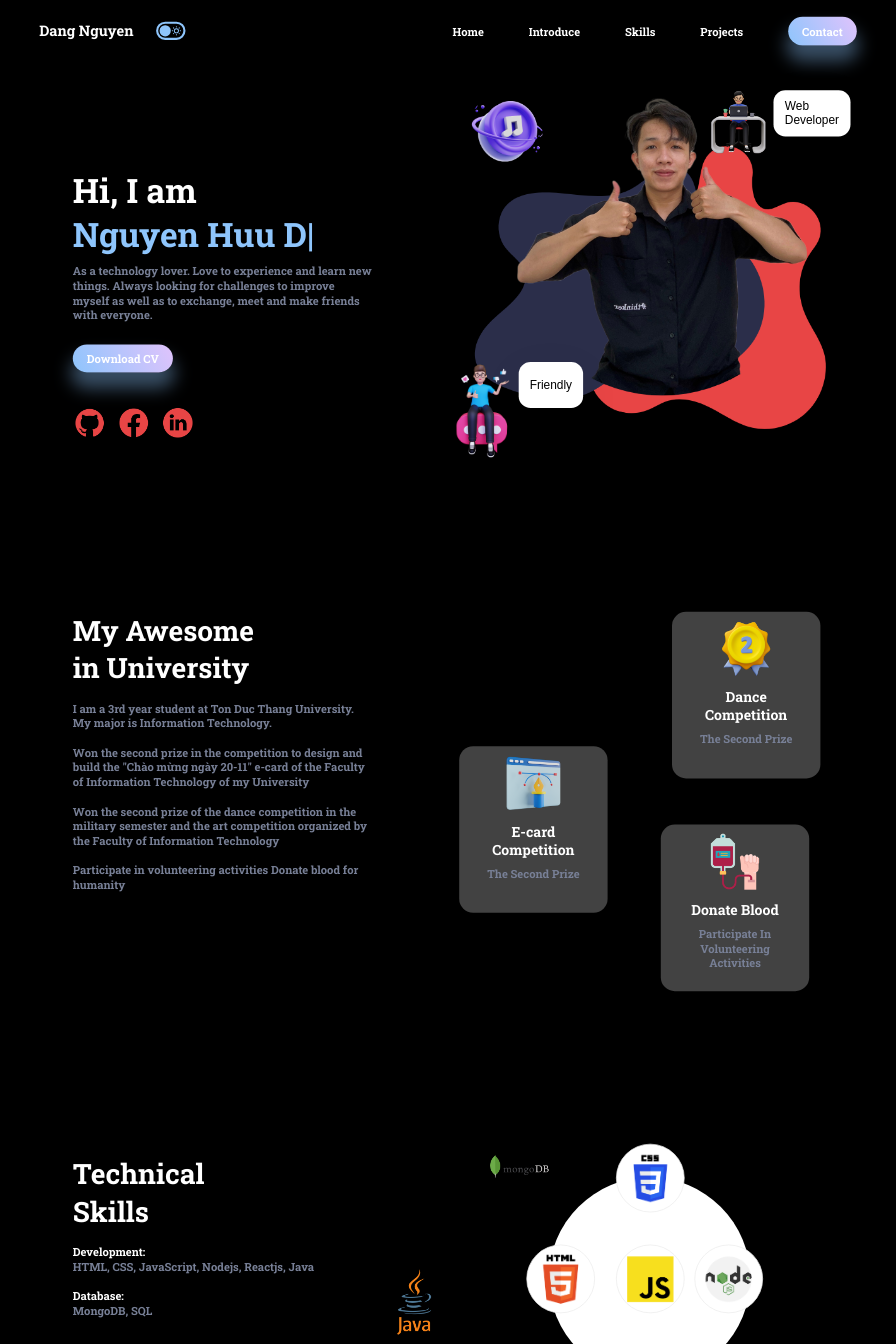
Repository: huudang2840/my_portfolio
Page: /
The author's editor kept a copy of each file at every save. The page is drawn from the files as they stood at one save, then again after the next save.
The browser window is 1280 px wide. The pictures show the part of the page from y = 0 to 1920 px (the page is 4778 px tall), at 70% of full size.
The project was rebuilt for these pictures with package versions that can differ from the ones it lists, and the page was loaded fresh each time.

Above is the page before, as saved 2022-06-12 00:16:49.

After the next save:
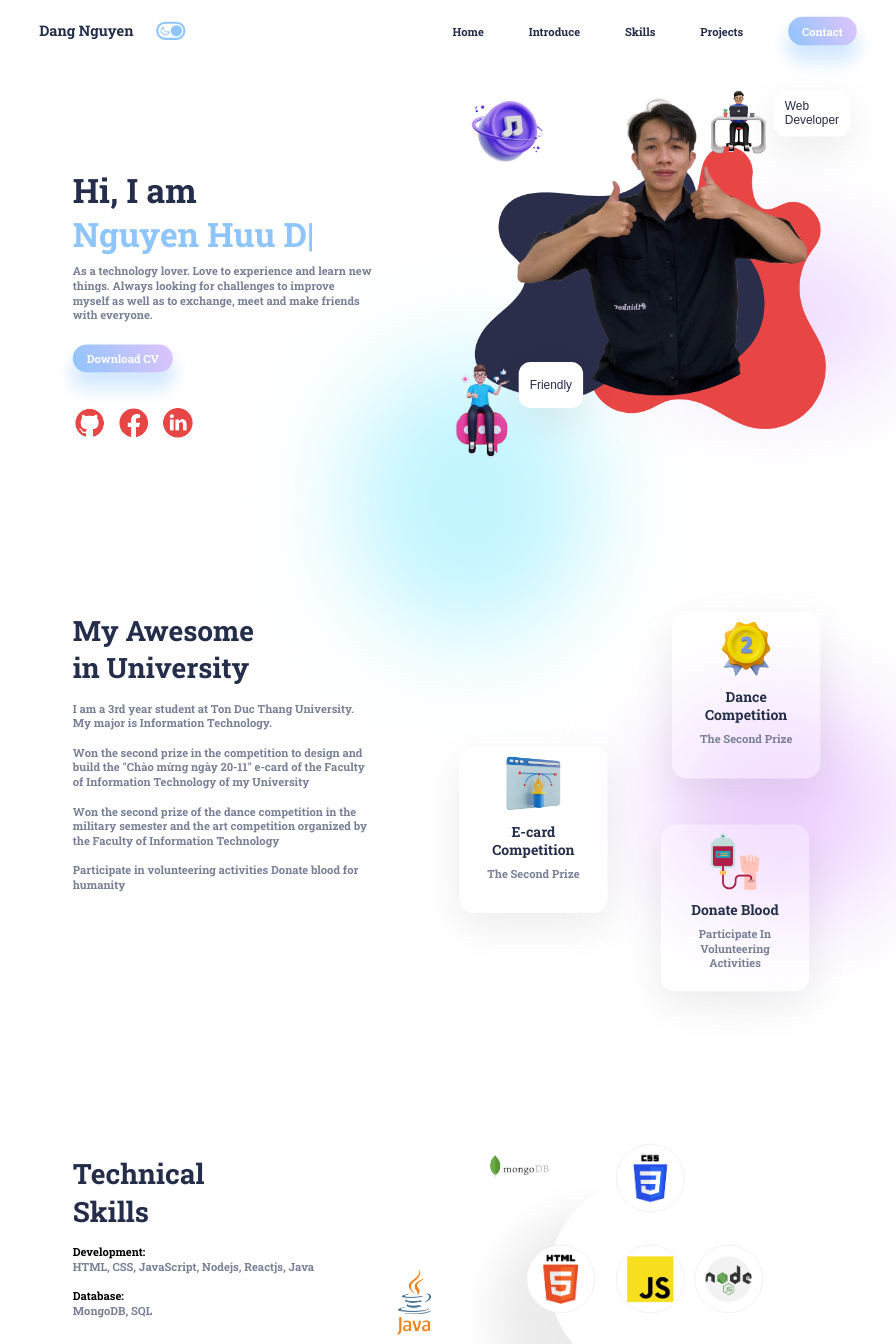
Saved 31 s later.
--- a/src/Context.js
+++ b/src/Context.js
@@ -2,7 +2,7 @@ import { createContext, useReducer } from "react";
 
 export const themeContext = createContext();
 
-const initialState = { darkMode: true };
+const initialState = { darkMode: false };
 
 const themeReducer = (state, action) => {
   switch (action.type) {
